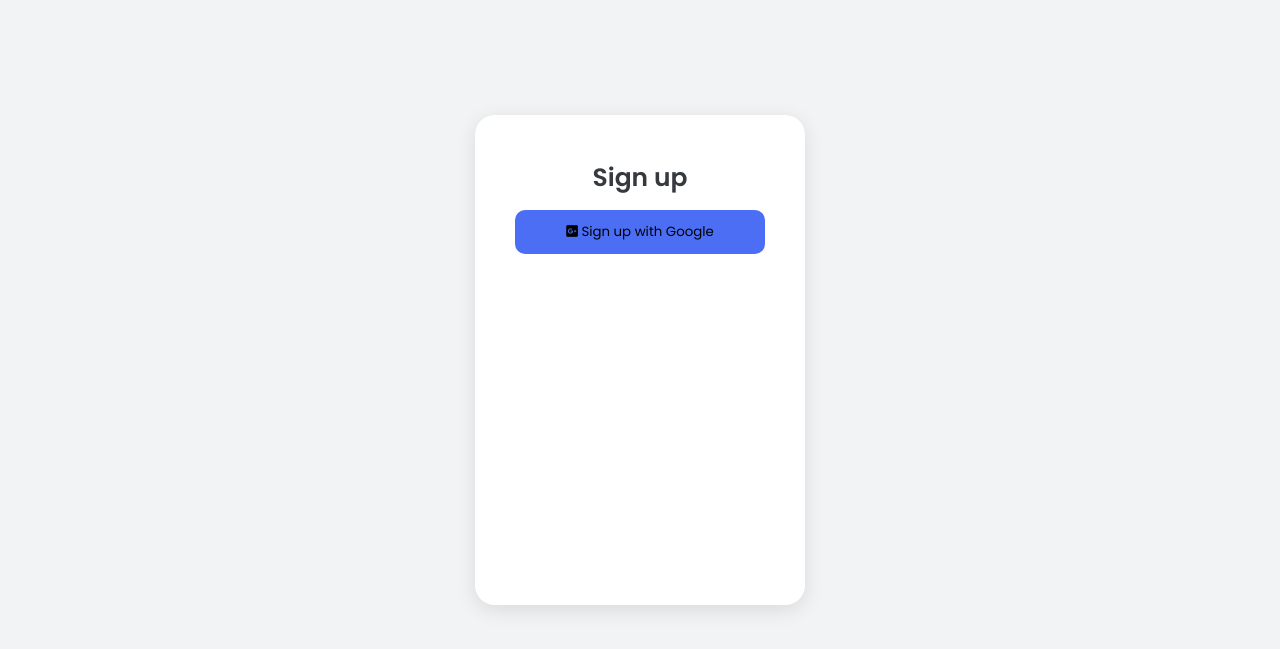
Repository: TranMinhMan040702/practice_html-css
Page: form-login/index.html
An editor plug-in stored every save of this project. The page is shown before and after the next save, followed by the edit.
The browser window is 1280 px wide. The pictures show the whole page.
Some web libraries are served in a nearby version.

Above is the page before, as saved 2022-08-24 12:56:29.

### form-login/index.html
<!DOCTYPE html>
<html lang="en">
<head>
    <meta charset="UTF-8">
    <meta http-equiv="X-UA-Compatible" content="IE=edge">
    <meta name="viewport" content="width=device-width, initial-scale=1.0">
    <link href="https://fonts.googleapis.com/css2?family=Poppins:wght@300;400;600&display=swap" rel="stylesheet">
    <link rel="stylesheet" href="https://cdnjs.cloudflare.com/ajax/libs/font-awesome/6.1.2/css/all.min.css" integrity="sha512-1sCRPdkRXhBV2PBLUdRb4tMg1w2YPf37qatUFeS7zlBy7jJI8Lf4VHwWfZZfpXtYSLy85pkm9GaYVYMfw5BC1A==" crossorigin="anonymous" referrerpolicy="no-referrer" />
    <title>Sign up</title>
    <link rel="stylesheet" href="reset.css">
    <link rel="stylesheet" href="main.css">
</head>
<body>
    <div class="singup">
        <div class="signup-heading">
            <h1>Sign up</h1>
        </div>
        <button class="signup-button">
            <i class="fa-brands fa-square-google-plus signup-icon"></i>
            <span class="signup-text">
                Sign up with Google
            </span>
        </button>
    </div>
</body>
</html>

### form-login/reset.css
html,
body,
div,
span,
applet,
object,
iframe,
h1,
h2,
h3,
h4,
h5,
h6,
p,
blockquote,
pre,
a,
abbr,
acronym,
address,
big,
cite,
code,
del,
dfn,
em,
img,
ins,
kbd,
q,
s,
samp,
small,
strike,
strong,
sub,
sup,
tt,
var,
b,
u,
i,
center,
dl,
dt,
dd,
ol,
ul,
li,
fieldset,
form,
label,
legend,
table,
caption,
tbody,
tfoot,
thead,
tr,
th,
td,
article,
aside,
canvas,
details,
embed,
figure,
figcaption,
footer,
header,
hgroup,
menu,
nav,
output,
ruby,
section,
summary,
time,
mark,
audio,
video {
  margin: 0;
  padding: 0;
  border: 0;
  font-size: 100%;
  font: inherit;
  vertical-align: baseline;
}
/* HTML5 display-role reset for older browsers */
article,
aside,
details,
figcaption,
figure,
footer,
header,
hgroup,
menu,
nav,
section {
  display: block;
}
body {
  line-height: 1;
}
ol,
ul {
  list-style: none;
}
blockquote,
q {
  quotes: none;
}
blockquote:before,
blockquote:after,
q:before,
q:after {
  content: "";
  content: none;
}
table {
  border-collapse: collapse;
  border-spacing: 0;
}

### form-login/main.css
html {
    font-size: 62.5%;
    font-family: "Poppins", sans-serif;
}

* {
    box-sizing: border-box;
}

body {
    width: 100%;
    height: 100vh;
    background-color: #f2f3f5;
    display: flex;
    justify-content: center;
    align-items: center;
}

.singup {
    max-width: 330px;
    width: 100%;
    height: 490px;
    background-color: #fff;
    padding: 50px 40px;
    border-radius: 20px;
    box-shadow: 0px 5px 20px rgba(0, 0, 0, 0.1);
}

.signup-heading {
    font-size: 2.5rem;
    font-weight: 600;
    color: #363a3f;
    text-align: center;
    margin-bottom: 20px;
}

.signup-button {
    font-family: "Poppins", sans-serif;
    width: 100%;
    height: 44px;
    border-radius: 10px;
    background-color: #4c6ef4;
    display: inline-block;
    border: none;
    box-shadow: 5px 5px 10px rgba(76, 110, 244, 0.5;
}

.signup-icon {

}

.signup-text {

}

After the next save:
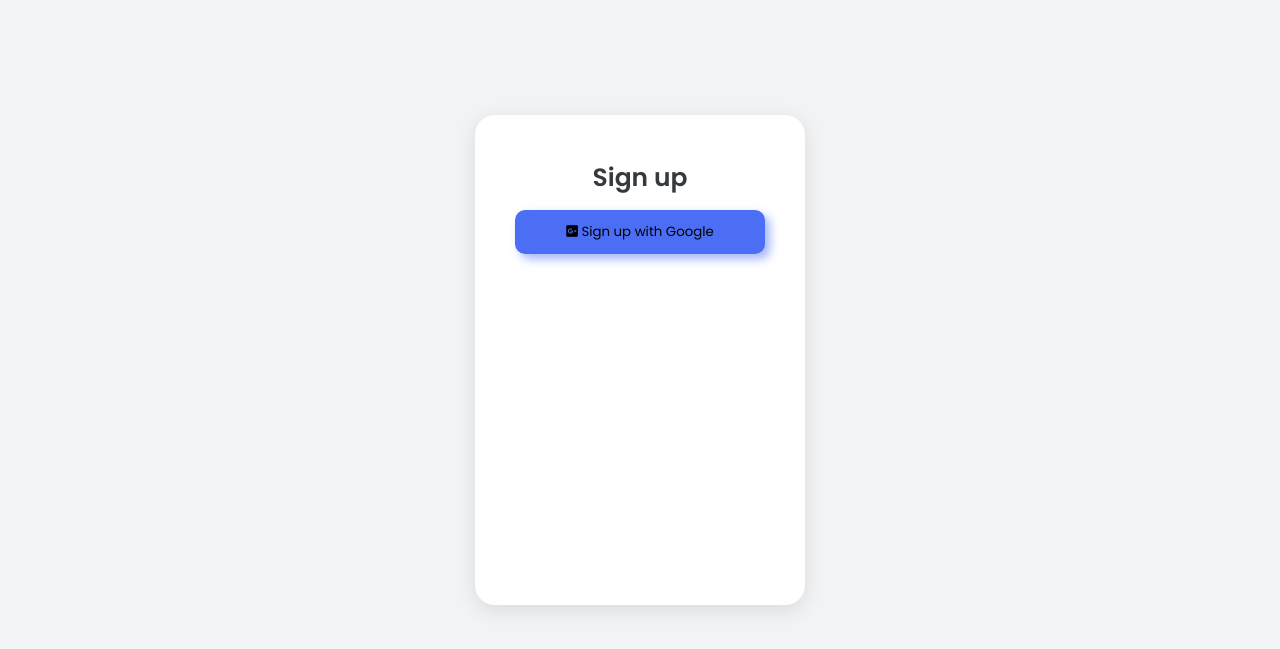
Saved 4 s later.
--- a/form-login/main.css
+++ b/form-login/main.css
@@ -42,7 +42,7 @@ body {
     background-color: #4c6ef4;
     display: inline-block;
     border: none;
-    box-shadow: 5px 5px 10px rgba(76, 110, 244, 0.5;
+    box-shadow: 5px 5px 10px rgba(76, 110, 244, 0.5);
 }
 
 .signup-icon {
